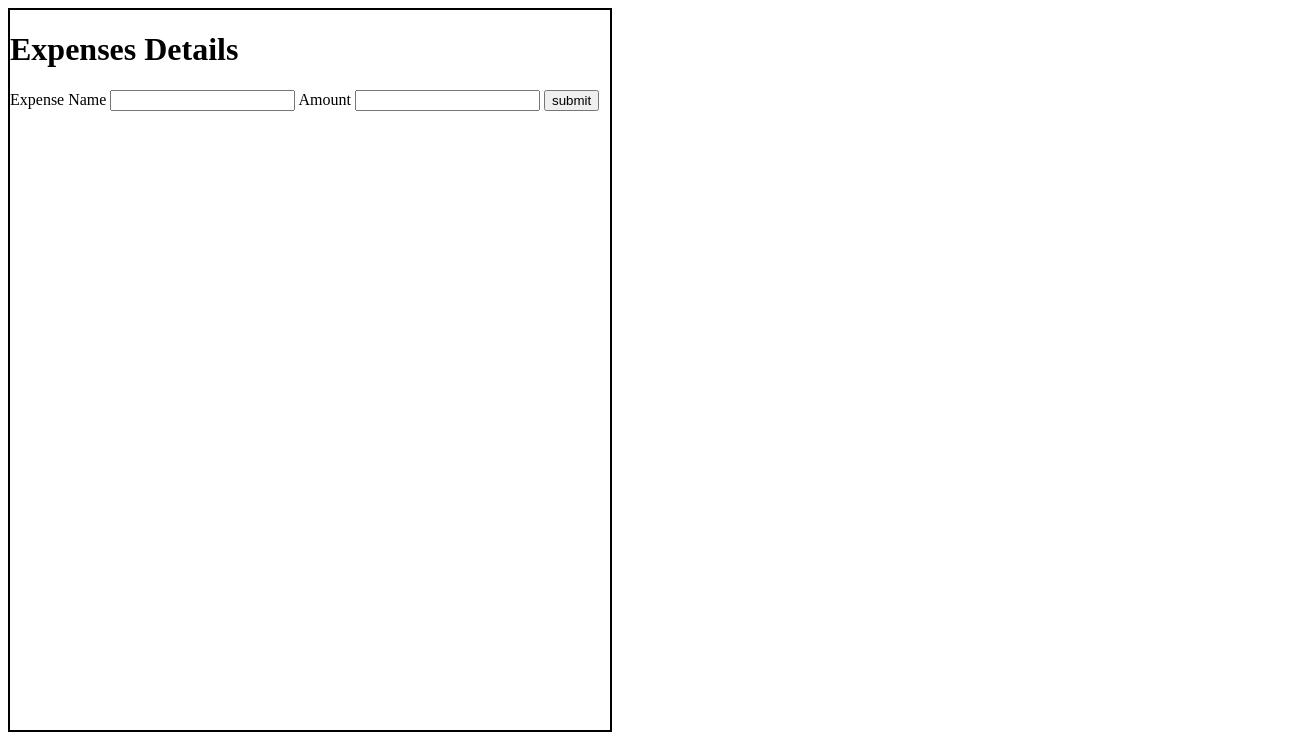
Repository: sarthak-tyagi123/expensetracker12
Page: http://localhost/
These files come from the project's save history. The page is drawn as it stood at one moment and after a run of saves; the edit follows.
The browser window is 1280 px wide. The page is 1280 px wide, then 1292 px, so the pictures cover 1292 px, including what lies to the right of the window. The pictures show the whole page.
The page is served by the project's Node server (app.js).

Above is the page before, as saved 2025-06-20 23:54:48.

### views/1.ejs
<!DOCTYPE html>
<html lang="en">
<head>
    <meta charset="UTF-8">
    <meta name="viewport" content="width=device-width, initial-scale=1.0">
    <title>Expense Tracker</title>
    <style>
       .container{
             height:100vh;
             width: 600px;
             border:2px solid  black;
             justify-content: center;
             align-items: center;

       }
    </style>
</head>
<body>

    <div class="container">
        <div class="box">

    <form action="/expenses" method="post">
        <h1>Expenses Details</h1>

    <label for="text">Expense Name</label>
    <input type="text" name="name" required>
    <label for="number">Amount </label>
    <input type="number" name="amount" required>
    <button>submit</button>

    </form>

    </div>
    </div>


</body>
</html>

### app.js
let express=require("express");
let app=express();
app.use(express.urlencoded({ extended: true }));
app.set("view engine",'ejs');

app.get("/",function(req,res){
    res.render("1.ejs");
})

// let expenses = [];
// app.post("/expenses",function(req,res){
//   const { name, amount } = req.body;
//   expenses.push({ name, amount: Number(amount) });
// //   res.render('expenses.ejs', { name, amount })
//   res.render("expenses", { expenses:expenses || []});
// })

app.listen(3000);

After the next 2 saves:
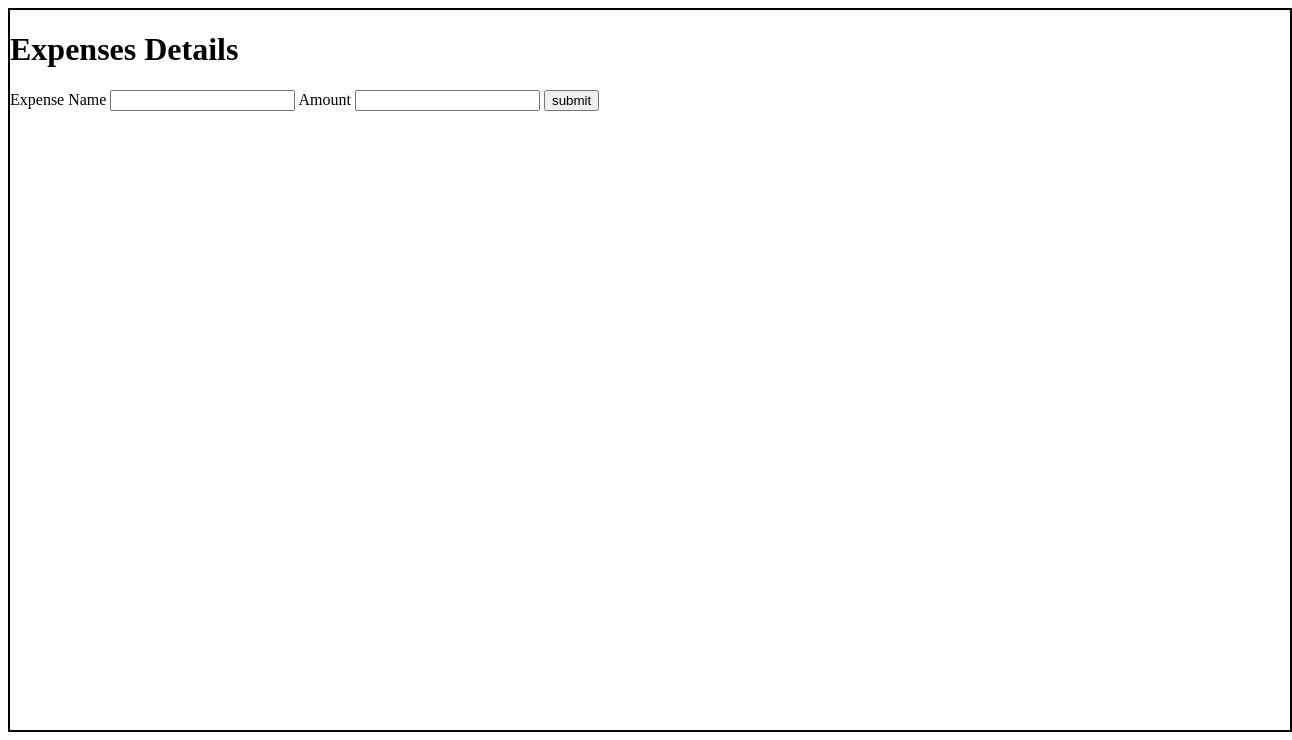
The 2 saves are shown as one change because they came seconds apart.
The last was saved 6 s later.
--- a/views/1.ejs
+++ b/views/1.ejs
@@ -7,7 +7,7 @@
     <style>
        .container{
              height:100vh;
-             width: 600px;
+             width: 100vw;
              border:2px solid  black;
              justify-content: center;
              align-items: center;
